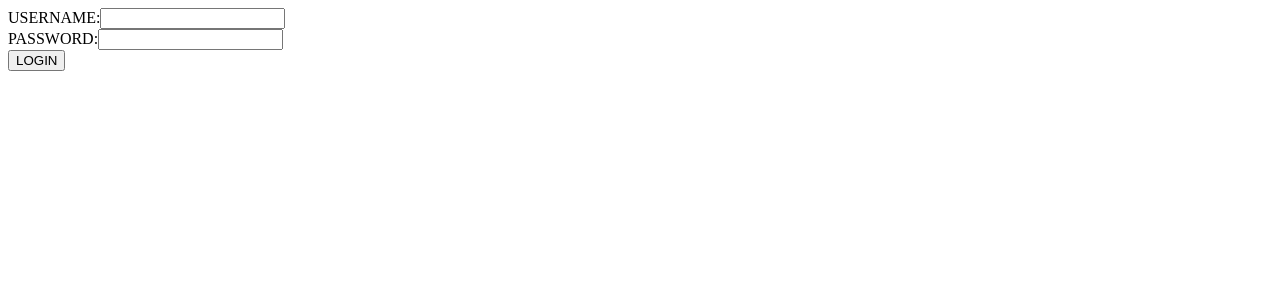
Repository: swatisingh96/samplerepo
Page: http://localhost/MyApp/check
An editor plug-in stored every save of this project. The page is shown before and after the next save, followed by the edit.
The browser window is 1280 px wide. The pictures show the whole page.
The page is served by Tomcat 9. Queries for data that is not in the repository find no rows.

Above is the page before, as saved 2018-08-16 11:01:50.

After the next save:
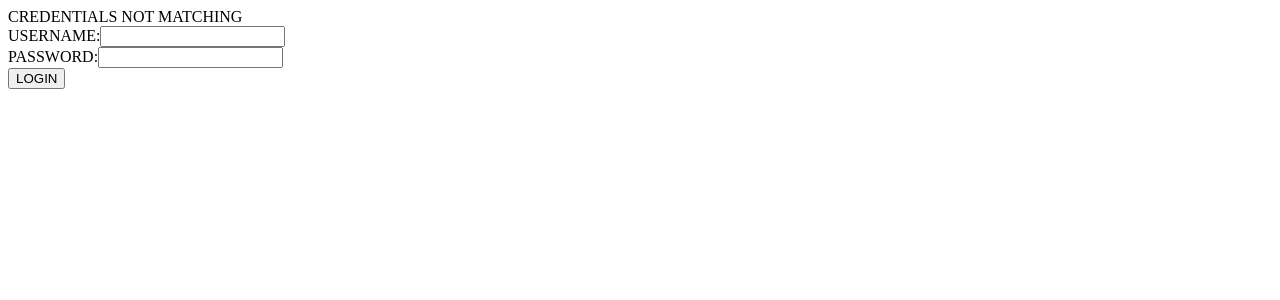
Saved 3 min 22 s later.
--- a/MyApp/WebContent/login.jsp
+++ b/MyApp/WebContent/login.jsp
@@ -7,6 +7,10 @@
 <title>Insert title here</title>
 </head>
 <body>
+<%
+String mess = (String) request.getAttribute("message");
+%>
+<%=mess%>
 <form action="check">
 USERNAME:<input type="text" name="username"><br>
 PASSWORD:<input type="text" name="password"><br>
